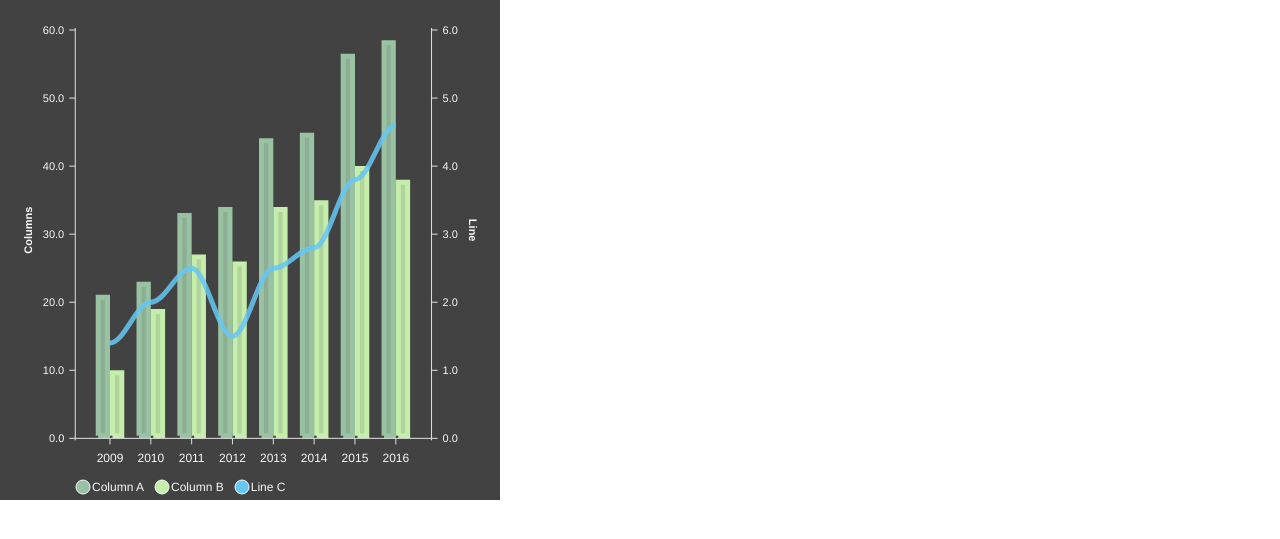
Repository: wanted-pre-onboarding-internship-1team/pre-onboarding-9th-3-1
Page: /
An editor plug-in stored every save of this project. The page is shown before and after the next save, followed by the edit.
The browser window is 1280 px wide. The pictures show the whole page.
The project was rebuilt for these pictures with package versions that can differ from the ones it lists, and the page was loaded fresh each time.

Above is the page before, as saved 2023-03-15 00:48:15.

After the next save:
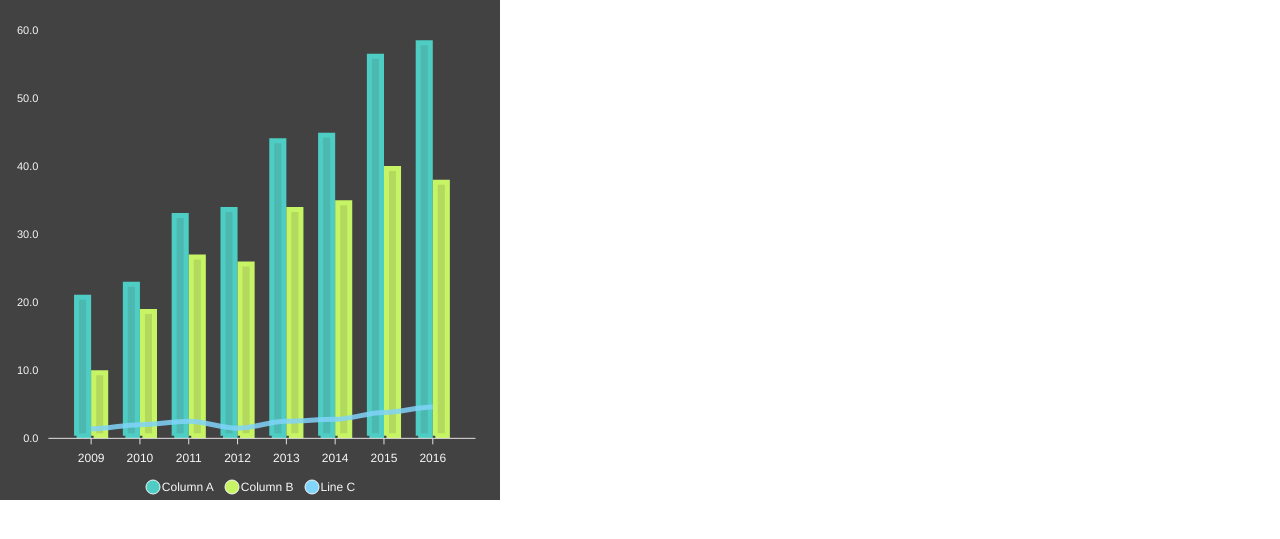
Saved 9 s later.
--- a/src/pages/Mainpage.tsx
+++ b/src/pages/Mainpage.tsx
@@ -47,42 +47,6 @@ export default function Mainpage() {
           },
           xaxis: {
             categories: [2009, 2010, 2011, 2012, 2013, 2014, 2015, 2016],
-          },
-          yaxis: [
-            {
-              seriesName: 'Column A',
-              axisTicks: {
-                show: true,
-              },
-              axisBorder: {
-                show: true,
-              },
-              title: {
-                text: 'Columns',
-              },
-            },
-            {
-              seriesName: 'Column A',
-              show: false,
-            },
-            {
-              opposite: true,
-              seriesName: 'Line C',
-              axisTicks: {
-                show: true,
-              },
-              axisBorder: {
-                show: true,
-              },
-              title: {
-                text: 'Line',
-              },
-            },
-          ],
-          colors: ['#99C2A2', '#C5EDAC', '#66C7F4'],
-          legend: {
-            horizontalAlign: 'left',
-            offsetX: 40,
           },
         }}
       />
